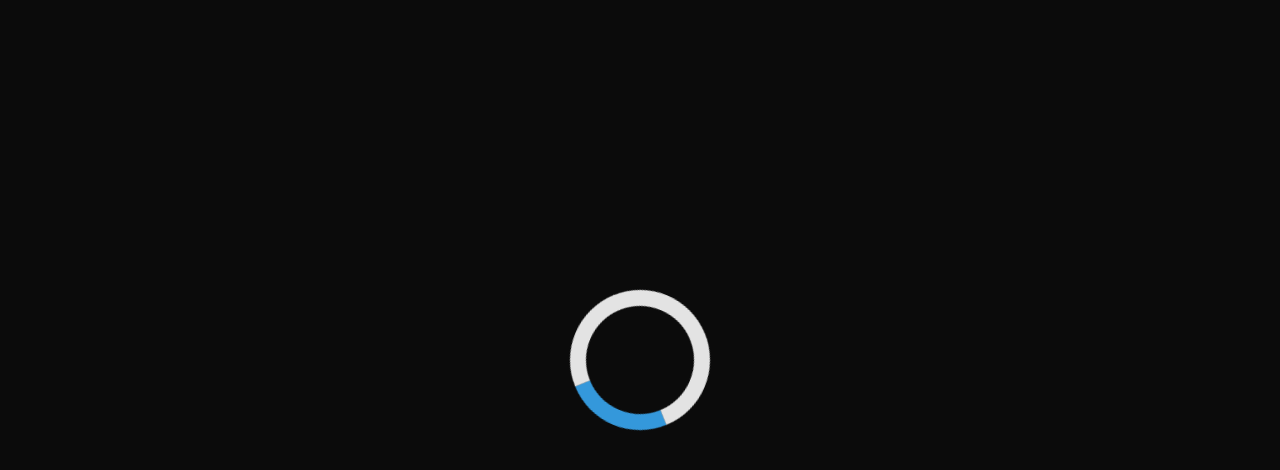
Repository: NegarKaviani/shop
Page: /
These files come from the project's save history. The page is drawn as it stood at one moment and after the next save; the edit follows.
The browser window is 1280 px wide. The pictures show the whole page.
The page's requests for data from a server got no answer. The project was rebuilt for these pictures with package versions that can differ from the ones it lists, and the page was loaded fresh each time. No one was signed in, and anything a server would have sent is missing. Imported but missing from the stored project, and not drawn on this page: src/components/products.csv.

Above is the page before, as saved 2022-03-22 15:22:51.

After the next save:
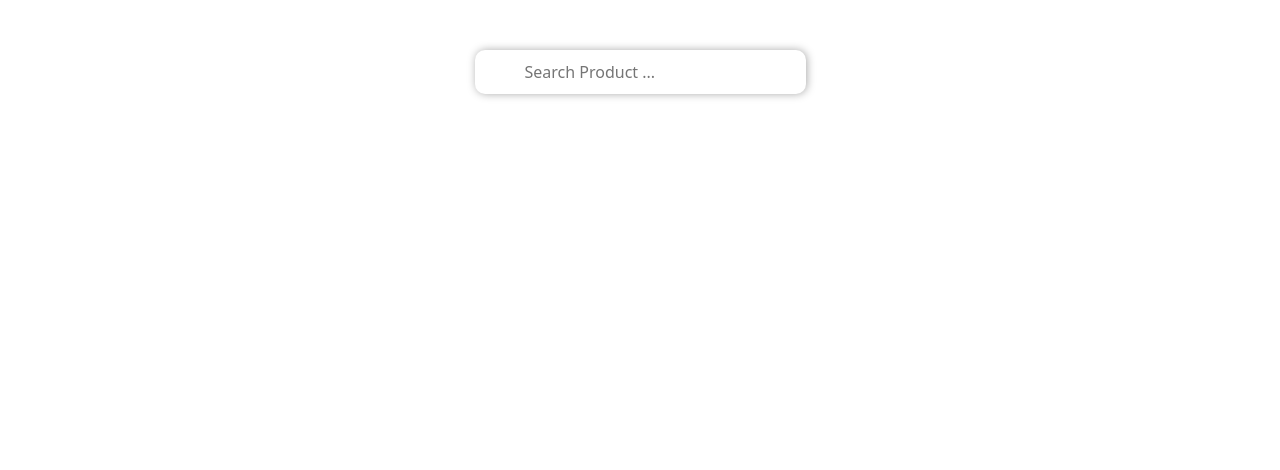
Saved 16 s later.
--- a/src/App.js
+++ b/src/App.js
@@ -16,7 +16,7 @@ function App() {
 
   return (
     <>
-      {!spinner  &&
+      { spinner  &&
       <div class="loader-wrapper">
         <div class="loader"></div>
       </div>
